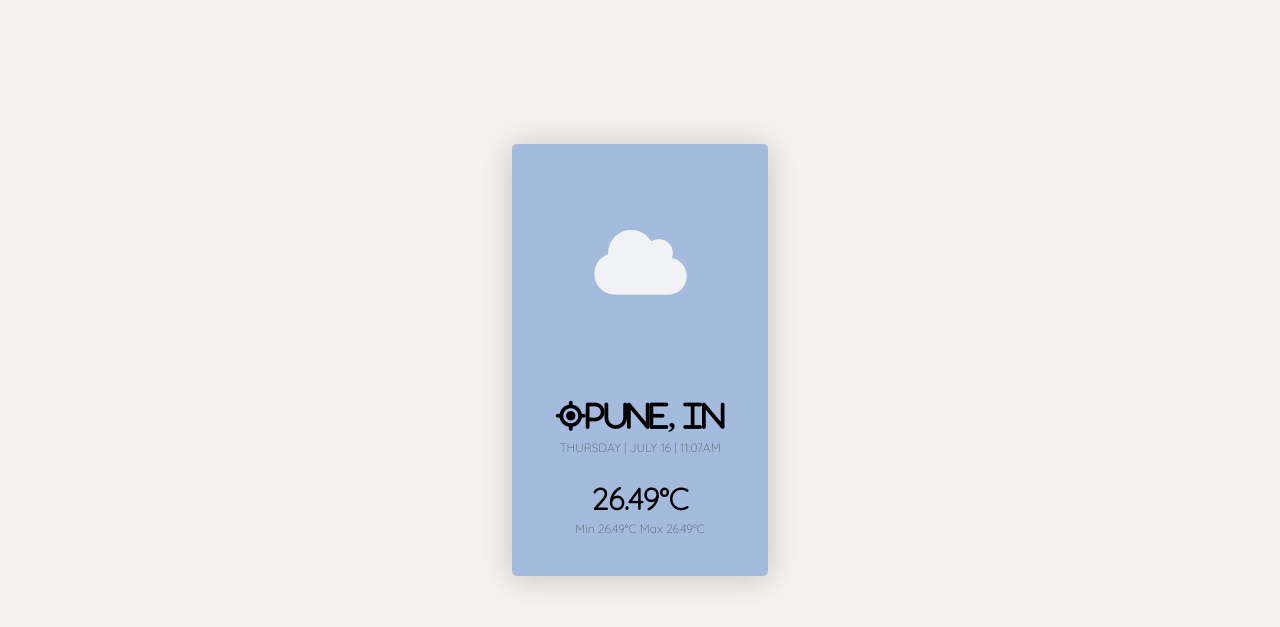
Repository: HimanshuBisht1007/WeatherNodeJs
Page: home.html
An editor plug-in stored every save of this project. The page is shown before and after the next save, followed by the edit.
The browser window is 1280 px wide. The pictures show the whole page.
Some web libraries are served in a nearby version.

Above is the page before, as saved 2022-06-16 11:41:25.

### home.html
<!DOCTYPE html>
<html lang="en">
<head>
    <meta charset="UTF-8">
    <meta http-equiv="X-UA-Compatible" content="IE=edge">
    <meta name="viewport" content="width=device-width, initial-scale=1.0">
    <title>Weather App</title>
    <link rel="stylesheet" href="https://cdnjs.cloudflare.com/ajax/libs/font-awesome/6.1.1/css/all.min.css" integrity="sha512-KfkfwYDsLkIlwQp6LFnl8zNdLGxu9YAA1QvwINks4PhcElQSvqcyVLLD9aMhXd13uQjoXtEKNosOWaZqXgel0g==" crossorigin="anonymous" referrerpolicy="no-referrer" />
    <link rel="preconnect" href="https://fonts.googleapis.com">
    <link rel="preconnect" href="https://fonts.gstatic.com" crossorigin>
    <link href="https://fonts.googleapis.com/css2?family=Quicksand:wght@300&display=swap" rel="stylesheet">
    <link rel="stylesheet" href="./style.css">
</head>
<body>
    <div class="box">
        <div class="wave-one"></div>
        <div class="wave-two"></div>
        <div class="wave-three"></div>

        <div id="weathercon"><i class="fas fa-sun" style="color: #eccc68;"></i>
        </div>
        <div class="info">
            <h2 class="location"><i class="fa-solid fa-location-crosshairs">Pune, In</i></h2>
            <p id="date">WED | JUNE 16 | 11:11 AM </p>
            <h1 class="temp">26.49°C</h1>
            <h3 class="tempmin_max">Min 26.49°C Max 26.49°C</h3>
        </div>
    </div>
    <script src="index.js"></script>
</body>
</html>

### style.css
* {
    padding: 0;
    margin: 0;
    /* font-family: "Jost", sans-serif; */
    font-family: "Quicksand", sans-serif;
  }

  body {
    background: #f3f2ef;
    display: flex;
    justify-content: center;
    align-items: center;
    flex-wrap: wrap;
    height: 100vh;
    width: 100vw;
  }

  html,
  body {
    font-size: 62.5%;
    height: 100%;
  }

  html {
    background: #eee;
  }

  .box {
    width: 20vw;
    height: 60vh;
    border-radius: 0.5rem;
    box-shadow: 0 0.2rem 3rem rgba(0, 0, 0, 0.2);
    background: #a5bbdd;
    position: relative;
    overflow: hidden;
    transform: translate3d(0, 0, 0);
    min-width: 20rem;
    min-height: 35rem;
  }

  .wave {
    opacity: 0.3;
    position: absolute;
    top: 120%;
    left: 50%;
    background: white;
    width: 50rem;
    height: 50rem;
    margin-left: -25rem;
    margin-top: -25rem;
    transform-origin: 50% 48%;
    border-radius: 43%;
    animation: drift 3000ms infinite linear;
    z-index: 1;
  }

  .wave.-three {
    animation: drift 5000ms infinite linear;
    z-index: 2 !important;
    opacity: 0.2;
  }

  .wave.-two {
    animation: drift 7000ms infinite linear;
    opacity: 0.1;
    z-index: 3 !important;
  }

  .box:after {
    content: "";
    display: block;
    left: 0;
    top: 0;
    width: 100%;
    height: 100%;
    z-index: 11;
    transform: translate3d(0, 0, 0);
  }

  @keyframes drift {
    from {
      transform: rotate(0deg);
    }
    from {
      transform: rotate(360deg);
    }
  }
  .info {
    position: absolute;
    bottom: 0;
    width: 100%;
    height: 45%;
    z-index: 4;
  }

  .location {
    margin-top: 1.5rem;
    text-align: center;
    font-weight: 800;
    font-size: 3rem;
  }

  .fa-street-view {
    animation: rotates 3s linear infinite alternate;
  }

  @keyframes rotates {
    from {
      transform: translateX(-0.5rem);
    }
    to {
      transform: translateX(0.5rem);
    }
  }

  #date {
    text-align: center;
    margin-top: 0.5rem;
    color: #57606f;
    font-size: 1.2rem;
    font-weight: 300;
    text-transform: uppercase;
  }

  .temp {
    margin-top: 2.5rem;
    text-align: center;
    font-size: 3rem;
  }

  .tempmin_max {
    text-align: center;
    margin-top: 0.3rem;
    font-weight: 300;
    font-size: 1.2rem;
    color: #57606f;
  }

  #weathercon {
    height: 55%;
    display: flex;
    justify-content: center;
    align-items: center;
    font-size: 3em;
  }

  #weathercon .fas {
    font-size: 6rem;
    animation: fas-anime 3s linear infinite alternate;
  }

  @keyframes fas-anime {
    from {
      transform: scale(1.1);
    }
    to {
      transform: scale(1.5);
    }
  }

  @media (max-width: 600px) {
    .box {
      width: 90vw;
      height: 80vh;
    }

    .wave {
      top: 85%;
    }

    #weathercon {
      font-size: 5em;
    }

    .info {
      font-size: 1.5rem;
    }
  }
  @media (max-height: 500px) {
    .box {
      height: 80vh;
    }

    .wave {
      top: 115%;
    }
  }
  body > span {
    width: 100vw;
    text-align: center;
    color: grey;
  }

### index.js
const curDate = document.getElementById("date");
let weathercon = document.getElementById("weathercon");

const tempStatus = "{%tempstatus%}";

//condition to check sunny or cloudy
if (tempStatus == "Sunny") {
  weathercon.innerHTML =
    "<i class='fas  fa-sun' style='color: #eccc68;'></i>";
} else if (tempStatus == "Clouds") {
  weathercon.innerHTML =
    "<i class='fas  fa-cloud' style='color: #f1f2f6;'></i>";
} else if (tempStatus == "Rainy") {
  weathercon.innerHTML =
    "<i class='fas  fa-cloud-rain' style='color: #a4b0be;'></i>";
} else {
  weathercon.innerHTML =
    "<i class='fas  fa-cloud' style='color:#f1f2f6;'></i>";
}

const getCurrentDay = () => {
  var weekday = new Array(7);
  weekday[0] = "Sunday";
  weekday[1] = "Monday";
  weekday[2] = "Tue";
  weekday[3] = "Wed";
  weekday[4] = "Thursday";
  weekday[5] = "Friday";
  weekday[6] = "Saturday";

  let currentTime = new Date();
  let day = weekday[currentTime.getDay()];
  return day;
};

const getCurrentTime = () => {
  var months = [
    "Jan",
    "Feb",
    "Mar",
    "Apr",
    "May",
    "June",
    "July",
    "Aug",
    "Sept",
    "Oct",
    "Nov",
    "Dec",
  ];

  var now = new Date();
  var month = months[now.getMonth() + 1];
  var date = now.getDate();

  let hours = now.getHours();
  let mins = now.getMinutes();

  let periods = "AM";

  if (hours > 11) {
    periods = "PM";
    if (hours > 12) hours -= 12;
  }
  if (mins < 10) {
    mins = "0" + mins;
  }

  return `${month} ${date} | ${hours}:${mins}${periods}`;
};

curDate.innerHTML = getCurrentDay() + " | " + getCurrentTime();

After the next save:
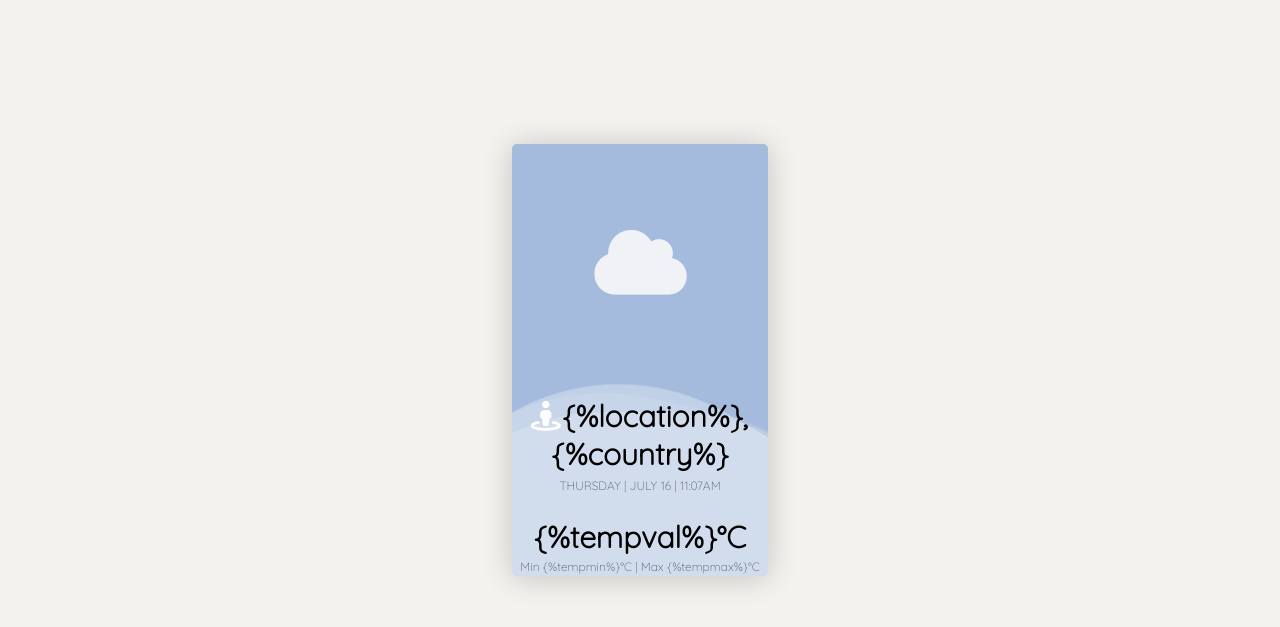
Saved 45 s later.
--- a/home.html
+++ b/home.html
@@ -13,19 +13,26 @@
 </head>
 <body>
     <div class="box">
-        <div class="wave-one"></div>
-        <div class="wave-two"></div>
-        <div class="wave-three"></div>
+        <div class="wave -one"></div>
+        <div class="wave -two"></div>
+        <div class="wave -three"></div>
 
-        <div id="weathercon"><i class="fas fa-sun" style="color: #eccc68;"></i>
+        <div id="weathercon">
+          <i class="fas fa-sun" style="color: #eccc68"></i>
         </div>
+
         <div class="info">
-            <h2 class="location"><i class="fa-solid fa-location-crosshairs">Pune, In</i></h2>
-            <p id="date">WED | JUNE 16 | 11:11 AM </p>
-            <h1 class="temp">26.49°C</h1>
-            <h3 class="tempmin_max">Min 26.49°C Max 26.49°C</h3>
+          <h2 class="location">
+            <i class="fas fa-street-view" style="color: #fff"></i
+            >{%location%},{%country%}
+          </h2>
+          <p id="date">WED | nov 23 | 10:49AM</p>
+          <h1 class="temp">{%tempval%}&deg;C</h1>
+          <h3 class="tempmin_max">
+            Min {%tempmin%}&deg;C | Max {%tempmax%}&deg;C
+          </h3>
         </div>
-    </div>
+      </div>
     <script src="index.js"></script>
 </body>
 </html>
